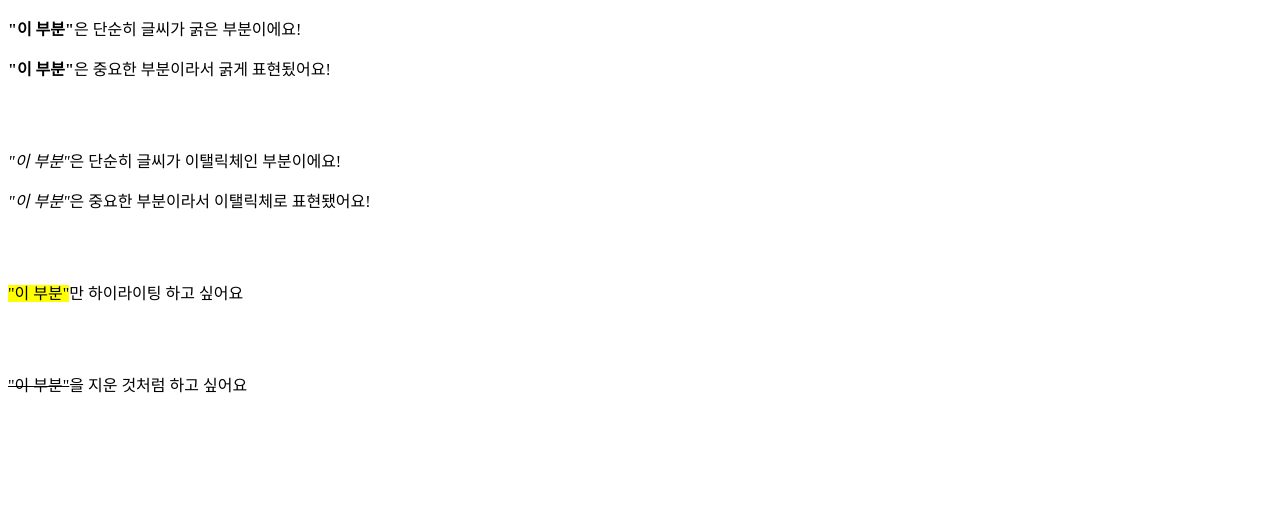
Repository: JaeHyun-Ban/study_html
Page: TCP_HTML/WebContent/ex02_07.html
An editor plug-in stored every save of this project. The page is shown before and after the next save, followed by the edit.
The browser window is 1280 px wide. The pictures show the whole page.

Above is the page before, as saved 2020-08-27 04:40:40.

### TCP_HTML/WebContent/ex02_07.html
<!DOCTYPE html>
<html>
<head>
<meta charset="UTF-8">
<title>강조 효과</title>
</head>
<body>
	<p><b>"이 부분"</b>은 단순히 글씨가 굵은 부분이에요!</p>
	<p><strong>"이 부분"</strong>은 중요한 부분이라서 굵게 표현됬어요!</p>

	<br><br>

	<p><i>"이 부분"</i>은 단순히 글씨가 이탤릭체인 부분이에요!</p>
	<p><em>"이 부분"</em>은 중요한 부분이라서 이탤릭체로 표현됐어요!</p>

	<br><br>

	<p><mark>"이 부분"</mark>만 하이라이팅 하고 싶어요</p>

	<br><br>

	<p><del>"이 부분"</del>을 지운 것처럼 하고 싶어요</p>

</body>
</html>

After the next save:
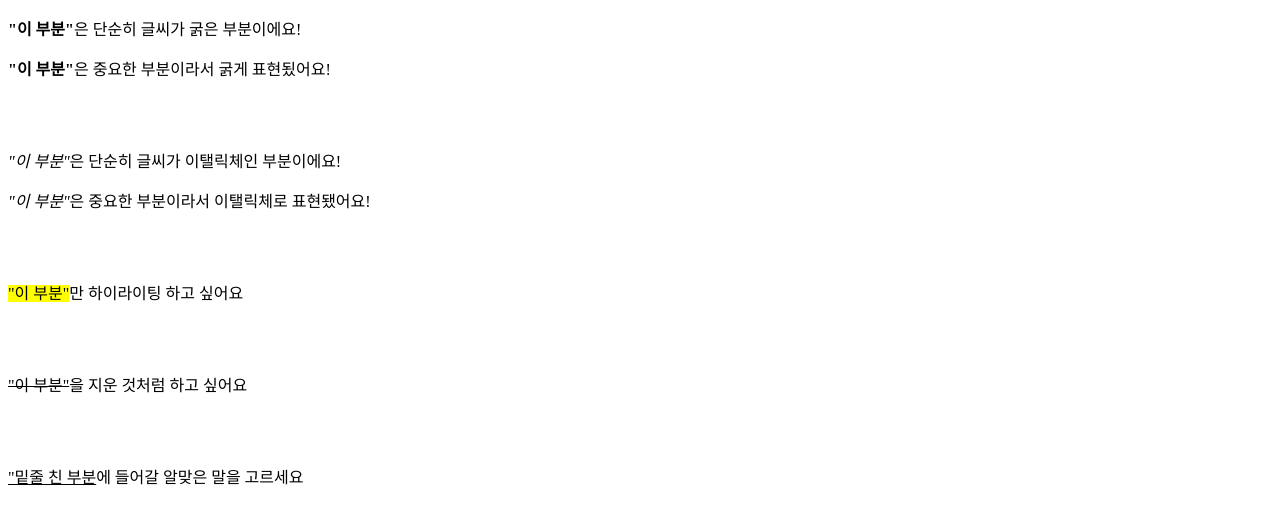
Saved 8 min 32 s later.
--- a/TCP_HTML/WebContent/ex02_07.html
+++ b/TCP_HTML/WebContent/ex02_07.html
@@ -21,5 +21,9 @@
 
 	<p><del>"이 부분"</del>을 지운 것처럼 하고 싶어요</p>
 
+	<br><br>
+
+	<p><ins>"밑줄 친 부분</ins>에 들어갈 알맞은 말을 고르세요</p>
+
 </body>
 </html>
